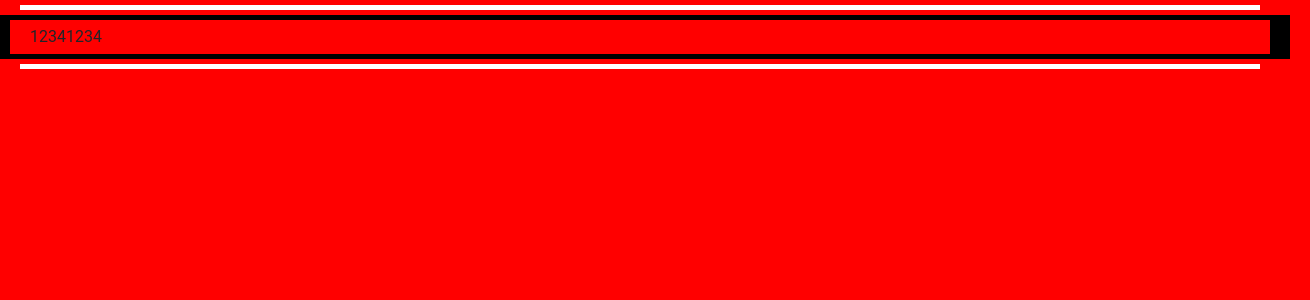
Repository: MiroslavWise/church-site
Page: /
An editor plug-in stored every save of this project. The page is shown before and after the next save, followed by the edit.
The browser window is 1280 px wide. The page is 1310 px wide, so the pictures cover 1310 px, including what lies to the right of the window. The pictures show the whole page.
The project was rebuilt for these pictures with package versions that can differ from the ones it lists, and the page was loaded fresh each time.

Above is the page before, as saved 2022-06-15 18:32:25.

After the next save:
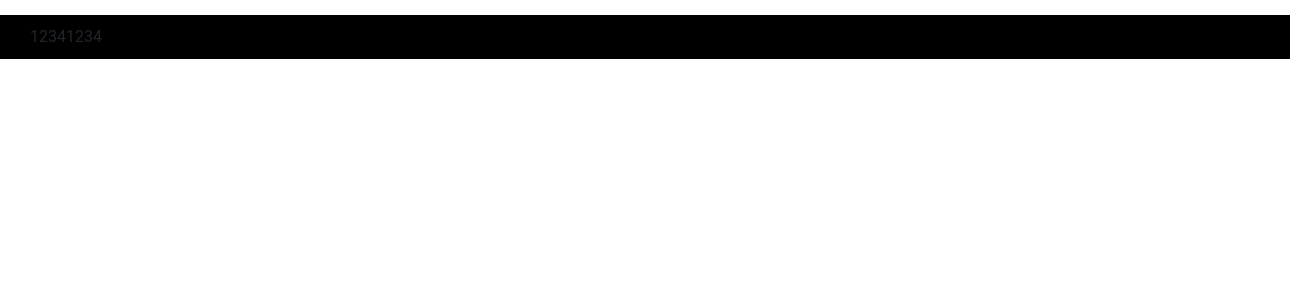
Saved 35 s later.
--- a/src/index.scss
+++ b/src/index.scss
@@ -1,12 +1,10 @@
 @import '~bootstrap/scss/bootstrap';
-
-
 
 * {
     font-family: 'Roboto','Helvetica','Arial',sans-serif;
     outline: none !important;
     padding: 5px 20px;
-    background-color: red;
+    background-color: --bs-gray-700;
 }
 
 body{
